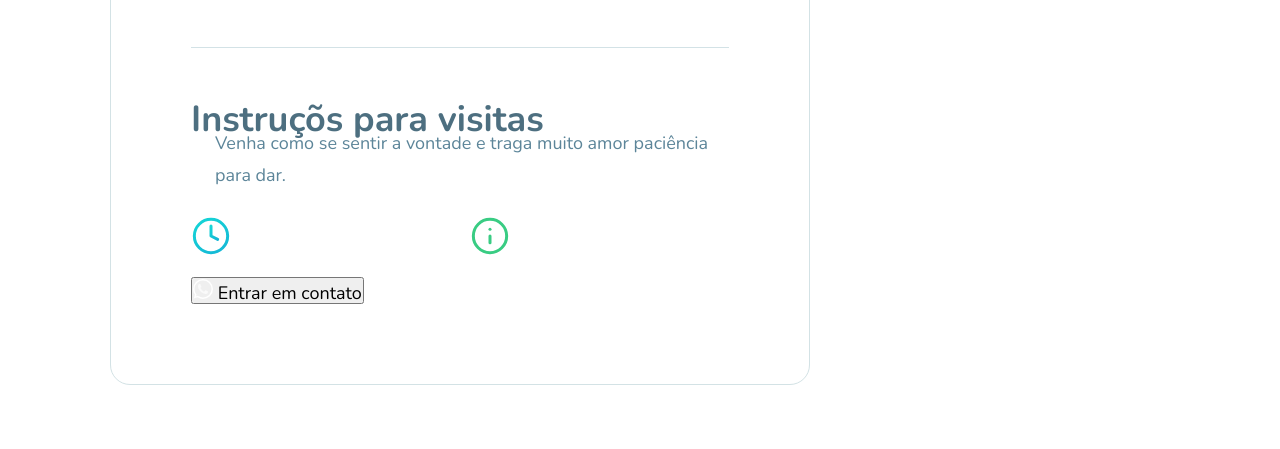
Repository: SrtaPoe/nlw
Page: orphanage.html
The author's editor kept a copy of each file at every save. The page is drawn from the files as they stood at one save, then again after the next save.
The browser window is 1280 px wide. The pictures show the part of the page from y = 1116 to 1629 px (the page is 1565 px tall before and 1629 px after).
Some web libraries are served in a nearby version.

Above is the page before, as saved 2020-10-17 18:01:54.

After the next save:
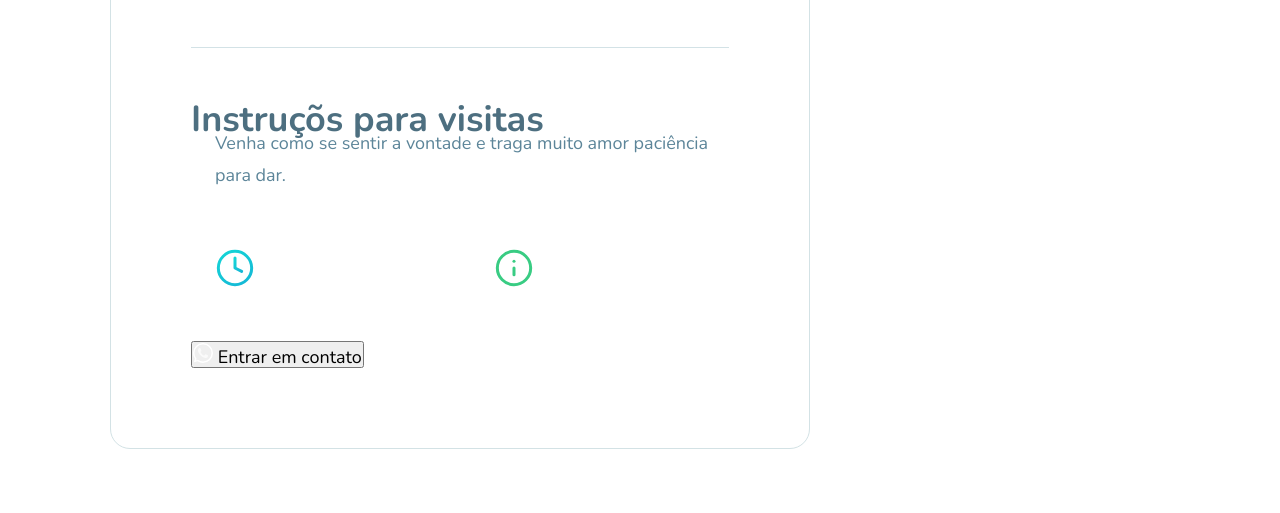
Saved 73 s later.
--- a/public/css/page-orphanage.css
+++ b/public/css/page-orphanage.css
@@ -145,3 +145,8 @@
     grid-template-columns: 1fr 1fr;
     column-gap: 2rem;
 }
+
+.open-details div {
+    padding: 3.2rem 2.4rem;
+
+}
